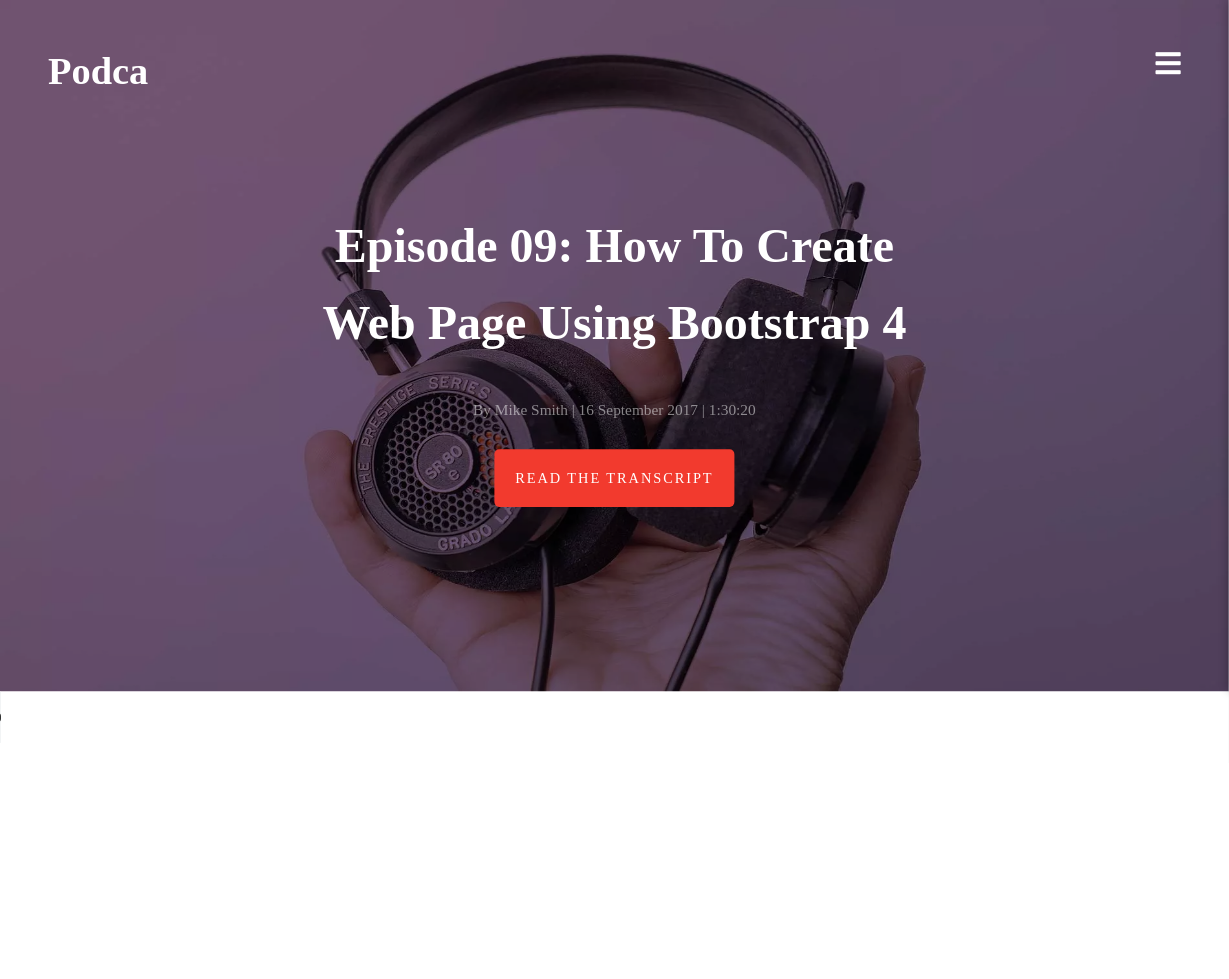
Repository: nhutduy0803/template2
Page: index.html
An editor plug-in stored every save of this project. The page is shown before and after the next save, followed by the edit.
The browser window is 1280 px wide. The pictures show the whole page, at 96% of full size.

Above is the page before, as saved 2021-12-08 18:58:45.

### index.html
<!DOCTYPE html>
<html lang="en">
  <head>
    <meta charset="UTF-8" />
    <meta http-equiv="X-UA-Compatible" content="IE=edge" />
    <meta name="viewport" content="width=device-width, initial-scale=1.0" />
    <link rel="stylesheet" href="./assets/css/style.css" />
    <link
      rel="stylesheet"
      href="./assets/css/font/fontawesome-free-5.15.4-web/css/all.min.css"
    />
    <title>Document</title>
  </head>
  <body>
    <script src="./main.js"></script>
    <div class="slider">
      <h2>Podca</h2>
      <img
        src="./assets/css/img/xhero_bg_1.jpg.pagespeed.ic.EJCcE-mhd6.webp"
        alt=""
      />
      <h3>Episode 09: How To Create Web Page Using Bootstrap 4</h3>
      <span>By Mike Smith | 16 September 2017 | 1:30:20</span>
      <div class="subslider">READ THE TRANSCRIPT</div>
      <div class="menu" onclick="openmenu()">
        <i class="fas fa-bars"></i>
      </div>
      <div class="sub-menu">
        <i class="fas fa-times" onclick="closemenu()"></i>
        <div class="home-menu">
          <p>Home</p>
          <i onclick="subhome()" class="fas fa-caret-down"></i>

          <div class="sub-home">
            <li>Menu One</li>
            <li>Menu Two</li>
            <li>Menu Three</li>
            <li>Sub Menu</li>
          </div>
          <div class="drop-down">
            <p>DropDown</p>
            <i onclick="subdropdown() " class="fas fa-caret-down"></i>
            <div class="sub-dropdown">
              <li>Menu One</li>
              <li>Menu two</li>
              <li>Menu three</li>
            </div>
          </div>

          <p>About</p>
          <p>Contact</p>
        </div>
      </div>
    </div>
    <div class="audio">
      <audio class="audio-one" controls>
        <source src="horse.ogg" type="audio/ogg" />
        <source src="horse.mp3" type="audio/mpeg" />
      </audio>
    </div>
  </body>
</html>

### assets/css/style.css
* {
  margin: 0;
  padding: 0;
  box-sizing: border-box;
}

.slider {
  width: 100%;
  height: 100vh;
  position: relative;
}

.slider::before {
  content: " ";
  position: absolute;
  top: 0;
  left: 0;
  right: 0;
  bottom: 0;
  background-color: rgba(0, 0, 0, 0.4);
}

.slider img {
  width: 100%;
  height: 100%;
}

.slider h2 {
  position: absolute;
  top: 50px;
  left: 50px;
  color: #fff;
  font-size: 40px;
}
.menu {
  position: absolute;
  right: 50px;
  top: 50px;
  font-size: 30px;
  color: #fff;
}

.slider h3 {
  text-align: center;
  position: absolute;
  transform: translate(-50%);
  top: 30%;
  left: 50%;
  color: #fff;
  font-size: 40px;
  line-height: 1.6;
  font-size: 50px;
}

.slider span {
  position: absolute;
  top: 58%;
  left: 50%;
  transform: translate(-50%);
  color: #ffffff80;
}

.subslider {
  width: 250px;
  background-color: #f23a2e;
  display: flex;
  justify-content: center;
  align-items: center;
  color: #fff;
  font-size: 15px;
  letter-spacing: 2px;
  height: 60px;
  position: absolute;
  top: 65%;
  left: 50%;
  transform: translate(-50%);
  transition: 0.3s;
  border-radius: 5px;
}

.subslider:hover {
  position: absolute;
  top: 64%;
  box-shadow: 0 5px 20px -7px rgba(0, 0, 0, 0.9);
  transition: 0.3s;
}

.sub-menu {
  width: 300px;
  background-color: #fff;
  position: absolute;
  right: -300px;
  top: 0;
  height: 100vh;
  position: fixed;
  transition: 0.3s;
  box-shadow: 0 0 10px rgba(0, 0, 0, 0.4);
}

.sub-menu.openmenu {
  transition: 0.3s;
  right: 0;
}

.sub-menu .fas {
  position: absolute;
  font-size: 25px;
  right: 15px;
  top: 15px;
  transition: 0.2s;
}

.sub-menu .fas:hover {
  transition: 0.2s;
  color: rgb(104, 103, 103);
}

.home-menu {
  margin-top: 100px;
  font-size: 20px;
  margin-left: 15%;
}

.home-menu p {
  margin-bottom: 30px;
  color: #212529;
  transition: 0.3s;
}

.home-menu p:nth-child(2) {
  width: 100%;
  background-color: #fff;
  height: 200px;
}

.home-menu p:hover {
  transition: 0.3s;
  color: #f00;
}

.fa-caret-down {
  margin-top: 85px;
  margin-right: 20px;
}

.drop-down {
  position: relative;
}

.drop-down .fa-caret-down {
  position: absolute;
  top: -85px;
}
.sub-home {
  margin-top: -20px;
  width: 200px;
  height: 0px;
  background-color: #fff;
  visibility: hidden;
  transition: 0.5s;
  opacity: 0;
  margin-bottom: 20px;
}

.sub-home.opensubhome {
  height: 170px;
  visibility: inherit;
  transition: 0.5s;
  opacity: 1;
}

.sub-home li {
  padding: 10px 0px;
  font-weight: 300;
  margin-left: 30px;
  font-size: 17px;
  list-style-type: none;
  /* transition: 0.3s; */
}

.sub-home li:hover {
  transition: 0.3s;
  color: #f00;
}

.sub-dropdown {
  margin-top: -20px;
  background-color: #fff;
  height: 0px;
  width: 200px;
  visibility: hidden;
  transition: 0.3s;
  opacity: 0;
  margin-bottom: 20px;
}

.sub-dropdown li {
  padding-top: 22.5px;
  margin-left: 30px;
  font-weight: 300;
  font-size: 17px;
  list-style-type: none;
  transition: 0.3s;
}

.sub-dropdown li:hover {
  transition: 0.3s;
  color: #f00;
}

.sub-dropdown.opensubdropdown {
  opacity: 1;
  visibility: inherit;
  transition: 0.3s;
  height: 150px;
}

.audio {
  width: 100%;
  background-color: #fff;
  height: 300px;
}

.audio-one {
  width: 500px;
}

### main.js
function openmenu() {
  var openmenu = document.querySelector(".sub-menu");
  openmenu.classList.add("openmenu");
}

function closemenu() {
  var openmenu = document.querySelector(".sub-menu");
  openmenu.classList.remove("openmenu");
}

function subhome() {
  var opensubhome = document.querySelector(".sub-home");
  opensubhome.classList.toggle("opensubhome");
}

function subdropdown() {
  var subdropdown = document.querySelector(".sub-dropdown");
  subdropdown.classList.toggle("opensubdropdown");
}

Loaded but not shown: assets/css/font/fontawesome-free-5.15.4-web/css/all.min.css (library)

After the next save:
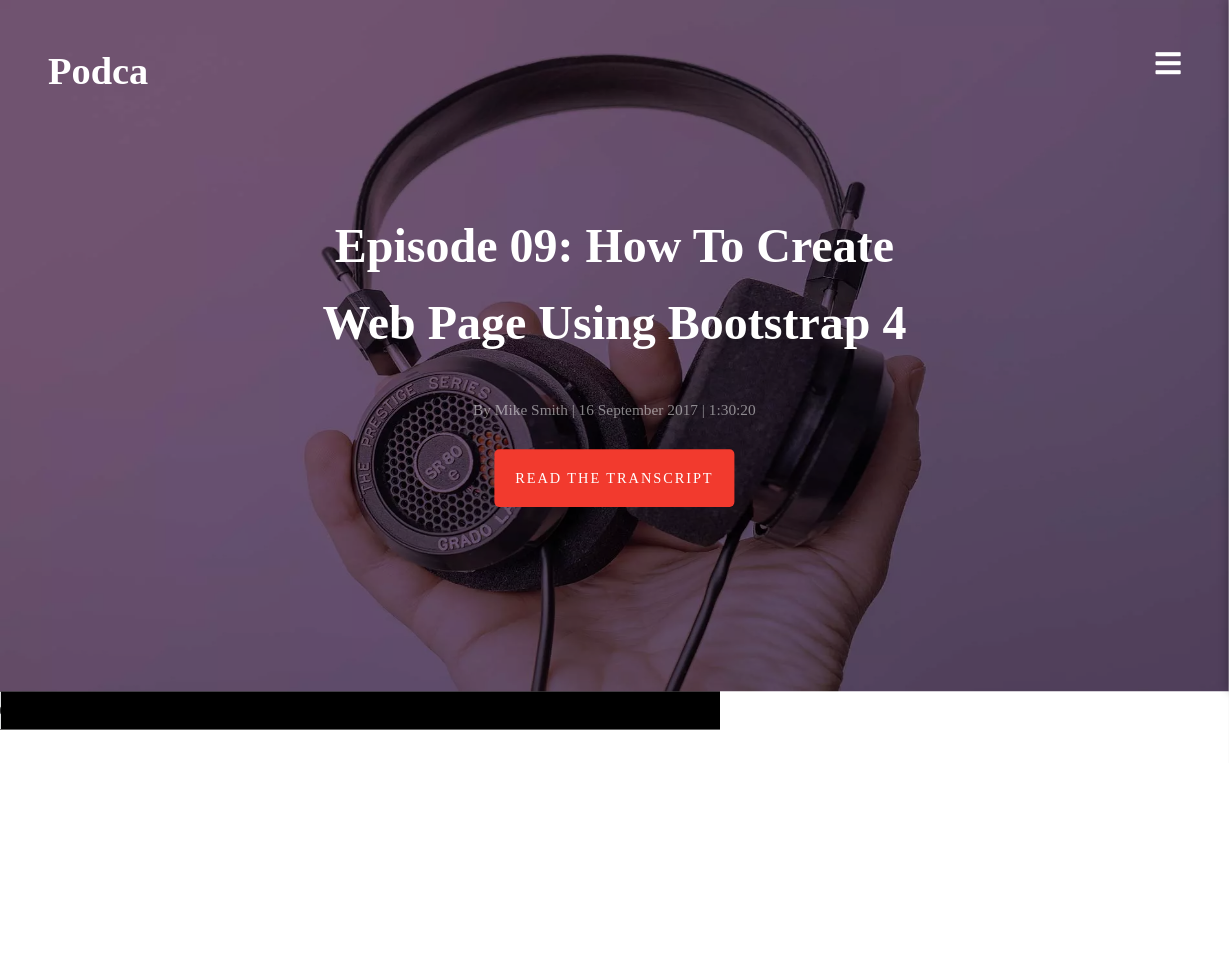
Saved 31 s later.
--- a/assets/css/style.css
+++ b/assets/css/style.css
@@ -222,5 +222,7 @@
 }
 
 .audio-one {
-  width: 500px;
-}
+  width: 750px;
+  background-color: #000;
+  height: 40px;
+}

After the save that followed:
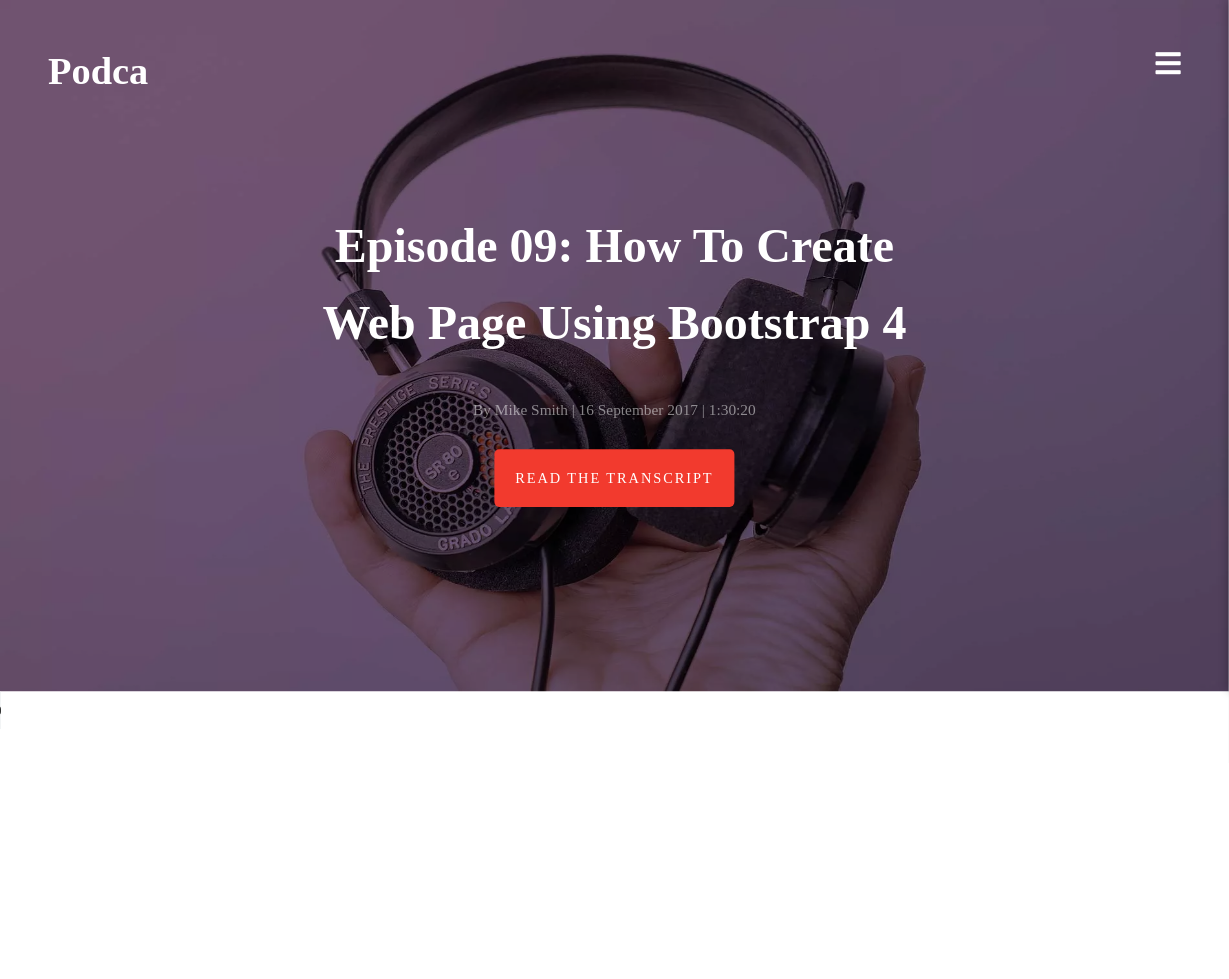
Saved 8 s later.
--- a/assets/css/style.css
+++ b/assets/css/style.css
@@ -223,6 +223,6 @@
 
 .audio-one {
   width: 750px;
-  background-color: #000;
+  /* background-color: #000; */
   height: 40px;
 }
